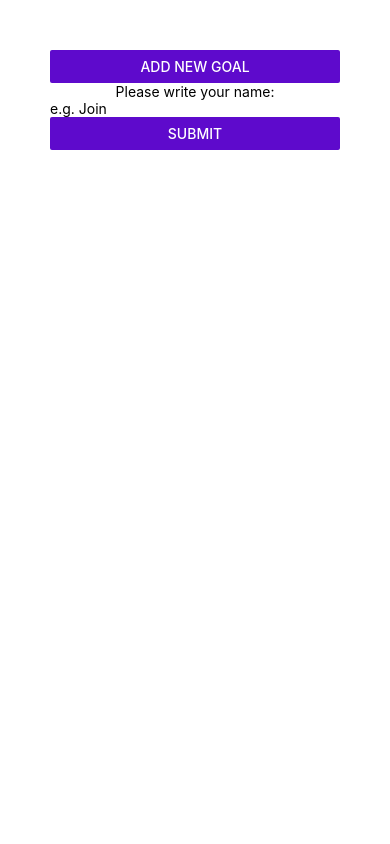
Repository: ntu34543/React-Native-Example1
Screen: /
These files come from the project's save history. The screen is drawn as it stood at one moment and after a run of saves; the edit follows.
The app was drawn by React Native's web renderer in a window 390 px wide. The project was rebuilt for these pictures with package versions that can differ from the ones it lists, and the page was loaded fresh each time. Also part of the build but not shown: components/Goalltem.js.

Above is the screen before, as saved 2022-09-12 15:35:16.

### App.js
import { useState } from "react";
import {
  StyleSheet,
  View,
  FlatList,
  Button,
  Text,
  Linking,
  TextInput,
} from "react-native";
import { StatusBar } from "expo-status-bar";

import GoalItem from "./components/Goalltem";
import GoalInput from "./components/Goallnput";

export default function App() {
  const [modalIsVisible, setModalIsVisible] = useState(false);
  const [courseGoals, setCourseGoals] = useState([]);
  const [name, setName] = useState("");
  const [submitted, setSubmitted] = useState(false);
  // console.log(courseGoals);
  const onPressHandler = () => {
    setSubmitted(!submitted);
  };

  function startAddGoalHandler() {
    setModalIsVisible(true);
  }

  function endAddGoalHandler() {
    setModalIsVisible(false);
  }

  function addTextInput(enteredGoalText) {
    setCourseGoals((currentCourseGoals) => [
      ...currentCourseGoals,
      { text: enteredGoalText, id: Math.random().toString() },
    ]);
    endAddGoalHandler();
  }

  function deleteGoalHandler(id) {
    setCourseGoals((currentCourseGoals) => {
      return currentCourseGoals.filter((goal) => goal.id !== id);
    });
  }

  return (
    <>
      <StatusBar style="auto" />
      <View style={styles.container}>
        <Button
          title="Add new Goal"
          color="#5e0acc"
          onPress={startAddGoalHandler}
        />
        <Text style={styles.textLinking}>Please write your name:</Text>
        <TextInput
          style={styles.input}
          placeholder="e.g. Join"
          onChangeText={(value) => setName(value)}
        />
        <Button
          title="Submit"
          color="#5e0acc"
          onPress={onPressHandler}
          // onPress={() => {
          //   Linking.openURL(
          //     "https://ca.slack-edge.com/T324R7VB6-U03RS7EKJHG-323b9d1b6216-512"
          //   );
          // }}
        />
        {submitted ? <Text>You are registered as {name}</Text> : null}
        <GoalInput
          visible={modalIsVisible}
          onAddGoal={addTextInput}
          onCancer={endAddGoalHandler}
        />
        <View style={styles.goalsContainer}>
          <FlatList
            data={courseGoals}
            style={styles.goalsContainer}
            renderItem={(itemData) => {
              return (
                <GoalItem
                  text={itemData.item.text}
                  id={itemData.item.id}
                  onDeleteItem={deleteGoalHandler}
                />
              );
            }}
            keyExtractor={(item, index) => {
              return index.id;
            }}
            alwaysBounceVertical={false}
          />
        </View>
      </View>
    </>
  );
}

const styles = StyleSheet.create({
  container: {
    padding: 50,
  },
  goalsContainer: {
    // flex: 4,
  },
  textLinking: {
    textAlign: "center",
  },
});

### components/Goallnput.js
import { useState } from "react";
import { StyleSheet, View, TextInput, Button, Modal, Image } from "react-native";
function GoalInput(props) {
  const [enteredGoalText, setEnteredGoalText] = useState("");

  function textInput(enteredText) {
    setEnteredGoalText(enteredText);
    // console.log(enteredText);
  }

  function addGoalHandler() {
    props.onAddGoal(enteredGoalText);
    setEnteredGoalText("");
  }

  return (
    <Modal visible={props.visible} animationType="slide">
      <View style={styles.inputContainer}>
          <Image style={styles.image} source={require('../assets/favicon.png')} />
        <TextInput
          style={styles.textInput}
          placeholder="Email............"
          onChangeText={textInput}
          value={enteredGoalText}
        />
        <View style={styles.buttonContainer}>
          <View style={styles.button}>
            <Button title="Click!" onPress={addGoalHandler} />
          </View>
          <View style={styles.button}>
            <Button title="Cancer!" onPress={props.onCancer}/>
          </View>
        </View>
      </View>
    </Modal>
  );
}

export default GoalInput;

const styles = StyleSheet.create({
  inputContainer: {
    flex: 1,
    justifyContent: "center",
    alignItems: "center",
    paddingBottom: 24,
    padding: 16,
    borderBottomWidth: 1,
    borderBottomColor: "gray",
    backgroundColor: 'pink'
  },
  image: {
      width: 100,
      height: 100,
      margin: 20,
  },
  textInput: {
    borderWidth: 1,
    borderColor: "#cccccc",
    width: "100%",
    padding: 8,
  },
  buttonContainer: {
      marginTop: 16,
    flexDirection: "row",
  },
  button: {
      width: '30%',
      marginHorizontal: 8,
  }
});

After the next 2 saves:
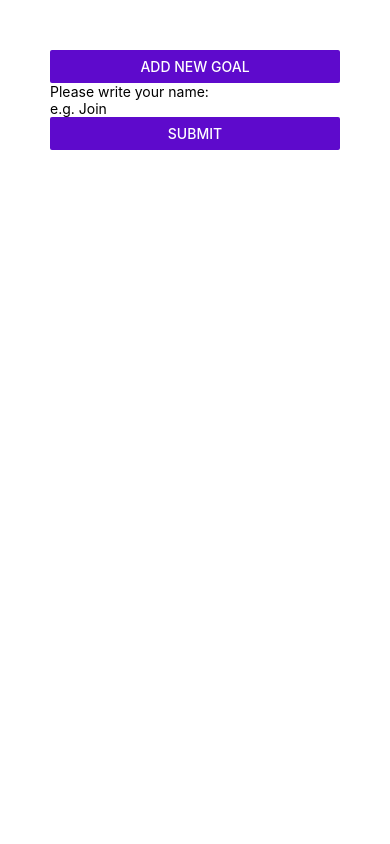
The 2 saves are shown as one change because they came seconds apart.
The last was saved 95 s later.
--- a/App.js
+++ b/App.js
@@ -107,7 +107,10 @@ const styles = StyleSheet.create({
   goalsContainer: {
     // flex: 4,
   },
-  textLinking: {
+  text: {
     textAlign: "center",
   },
+  input: {
+
+  }
 });

After the save that followed:
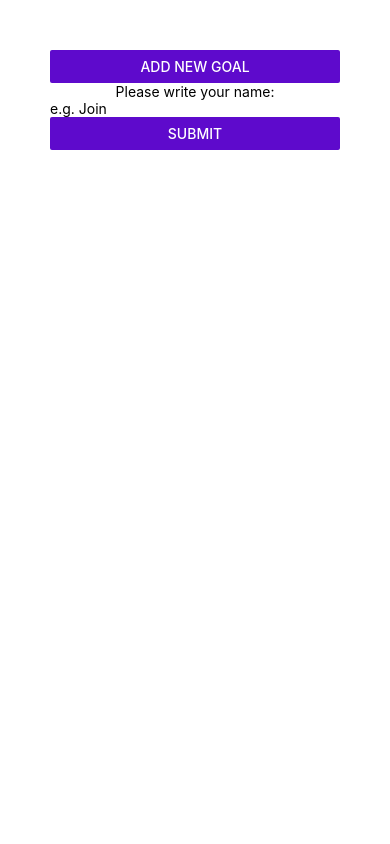
Saved 6 s later.
--- a/App.js
+++ b/App.js
@@ -54,7 +54,7 @@ export default function App() {
           color="#5e0acc"
           onPress={startAddGoalHandler}
         />
-        <Text style={styles.textLinking}>Please write your name:</Text>
+        <Text style={styles.text}>Please write your name:</Text>
         <TextInput
           style={styles.input}
           placeholder="e.g. Join"
